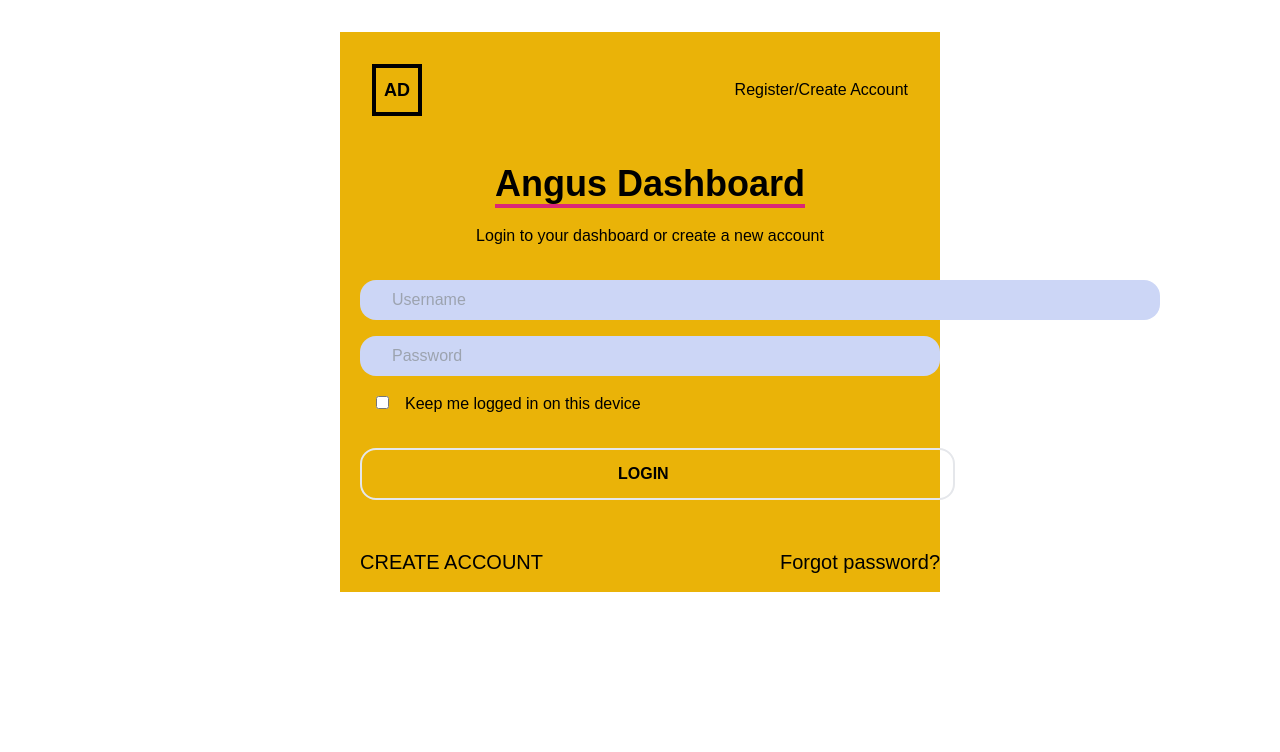
Repository: AngusOnyebuchi/Dashboard
Page: /
The author's editor kept a copy of each file at every save. The page is drawn from the files as they stood at one save, then again after the next save.
The browser window is 1280 px wide. The pictures show the whole page.
The page's requests for data from a server got no answer. The project was rebuilt for these pictures with package versions that can differ from the ones it lists, and the page was loaded fresh each time. No one was signed in, and anything a server would have sent is missing. Also part of the build but not shown: src/components/Home.js, src/components/NavBar.js, src/components/Layout.js, src/components/Register.js, src/components/Team.js, src/components/Clients.js, src/components/Products.js.

Above is the page before, as saved 2022-05-25 11:19:08.

After the next save:
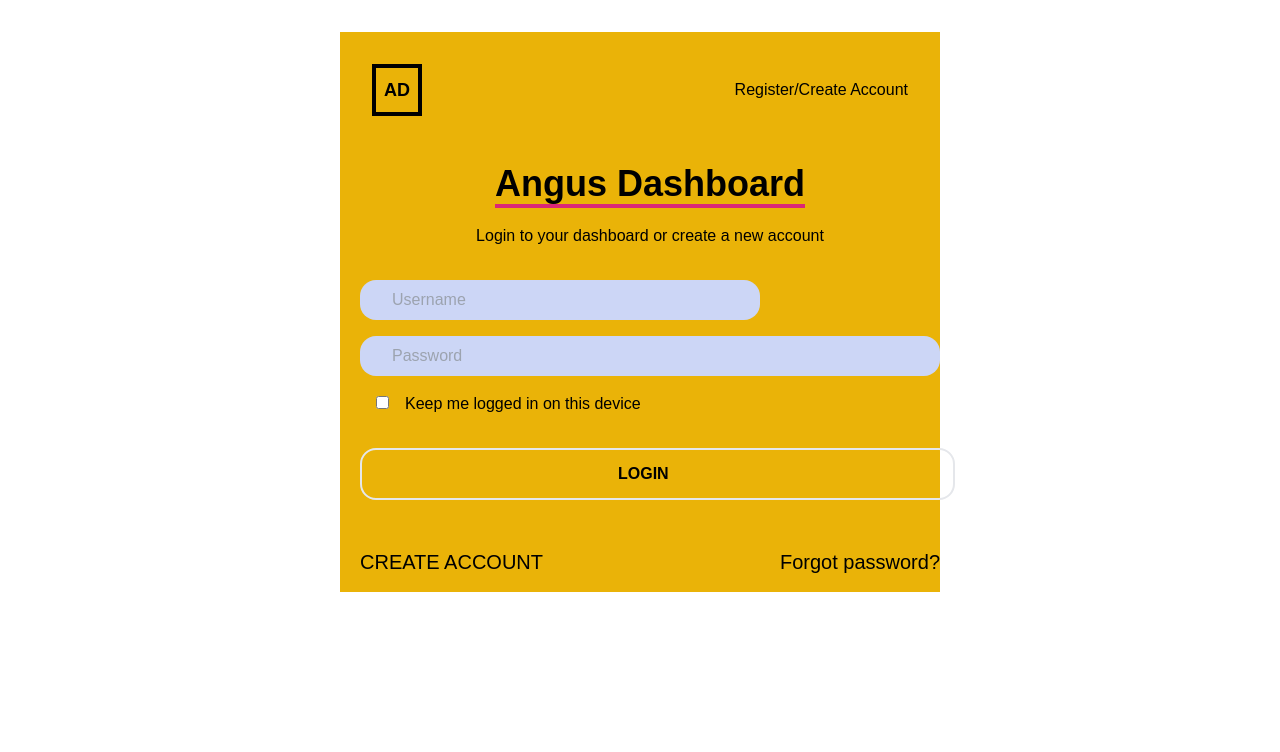
Saved 23 s later.
--- a/src/components/Login.js
+++ b/src/components/Login.js
@@ -54,7 +54,7 @@ export default function Login() {
                     name="username"
                     onChange={handleChange}
                     value={user.username}
-                    className="py-2 px-8 bg-[#ccd6f6] w-[800PX] rounded-2xl"
+                    className="py-2 px-8 bg-[#ccd6f6] w-[400px] rounded-2xl"
                 />
                 <input
                     type="password"
